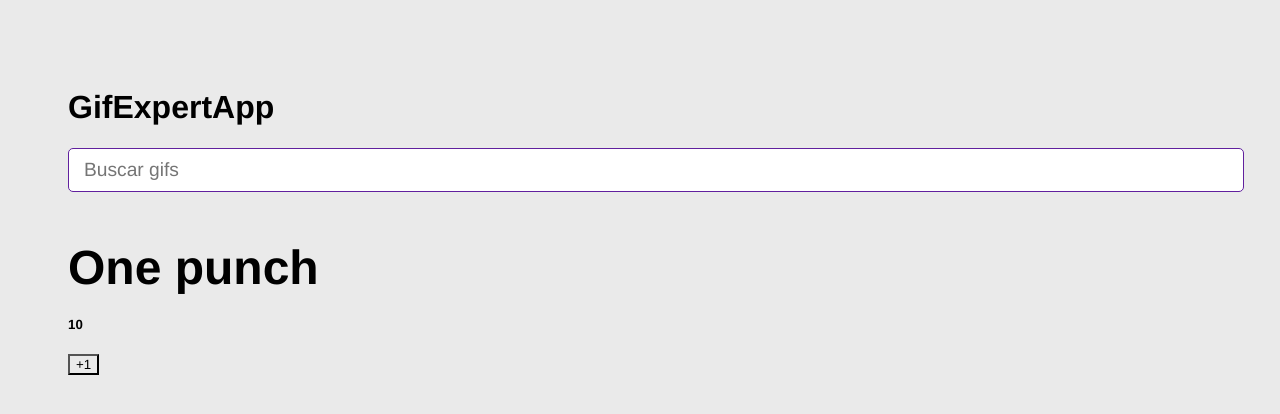
Repository: mmg0206/react-gif-expert
Page: /
An editor plug-in stored every save of this project. The page is shown before and after the next save, followed by the edit.
The browser window is 1280 px wide. The pictures show the whole page.
The page's requests for data from a server got no answer. The project was rebuilt for these pictures with package versions that can differ from the ones it lists, and the page was loaded fresh each time. No one was signed in, and anything a server would have sent is missing. Also part of the build but not shown: vite.config.js.

Above is the page before, as saved 2024-04-16 12:28:30.

### src/main.jsx
import React from 'react'
import ReactDOM from 'react-dom/client'
import { GifExpertApp } from './GifExpertApp.jsx'
import './styles.css';

if (import.meta.hot) {
  import.meta.hot.on(
    "vite:beforeUpdate",
    /* eslint-disable-next-line no-console */
    () => console.clear()
  );
}

ReactDOM.createRoot(document.getElementById('root')).render(
  <React.StrictMode>
    <GifExpertApp/>
  </React.StrictMode>
)

### src/GifExpertApp.jsx
import { useState } from "react";
import {AddCategory} from "./components/AddCategory";
import GifGrid from "./components/GifGrid";

export const GifExpertApp = () => {
  // const apiKey ='Ls33XwmjLip5m9fo9lFfzjgpz7a8Isa8';
  const [categories, setCategories] = useState(['One punch']);

  const onAddCategory = (newValue)=>{
    if(categories.includes(newValue)) return;
    setCategories(categories.concat(newValue));
  }


  return (
    <>
      <h1>GifExpertApp</h1>

      <AddCategory
        onNewCategory={ event => onAddCategory(event)}
      />

      {
        categories.map( category =>(<GifGrid key={category} category={category}/>))
      }

    </>
  )
}

### src/components/AddCategory.jsx
import { useState } from "react"

export const AddCategory = ({onNewCategory}) => {
    const [inputValue, setInputValue] = useState('');

    const onInputChange = ({target})=>{
        setInputValue(target.value)
    }

    const onSubmit = (event) =>{
        event.preventDefault();
        if(inputValue.trim().length <=1) return;
        onNewCategory(inputValue.trim());
        setInputValue('');
    }

    return (
        <form onSubmit={(e)=>onSubmit(e)}>
            <input
                type="text"
                placeholder="Buscar gifs"
                value={inputValue}
                onChange={(e)=>onInputChange(e)}
            />
        </form>
    )
}

### src/components/GifGrid.jsx
import { useEffect, useState } from "react";
import { getGifs } from "../helpers/getGifs"

const GifGrid = ({category}) => {

  const [counter, setCounter] = useState(10);

  useEffect(()=>{
    getGifs(category);
  },[]);


  return (
    <>
      <h3>{category}</h3>
      <h5>{counter}</h5>
      <button onClick={()=>setCounter(counter + 1)}>+1</button>
    </>
  )
}

export default GifGrid

### src/helpers/getGifs.js
export const getGifs = async (category) =>{

    const url=`http://api.giphy.com/v1/gifs/search?api_key=Ls33XwmjLip5m9fo9lFfzjgpz7a8Isa8&q=${category}&limit=20`;
    const resp = await fetch(url);
    const {data} = await resp.json();

    const gifs = data.map( img => ({
      id: img.id,
      title: img.title,
      url: img.images.downsized_medium.url
    }))
    return gifs;
}

Loaded but not shown: index.html (common file); src/styles.css (common file)

After the next save:
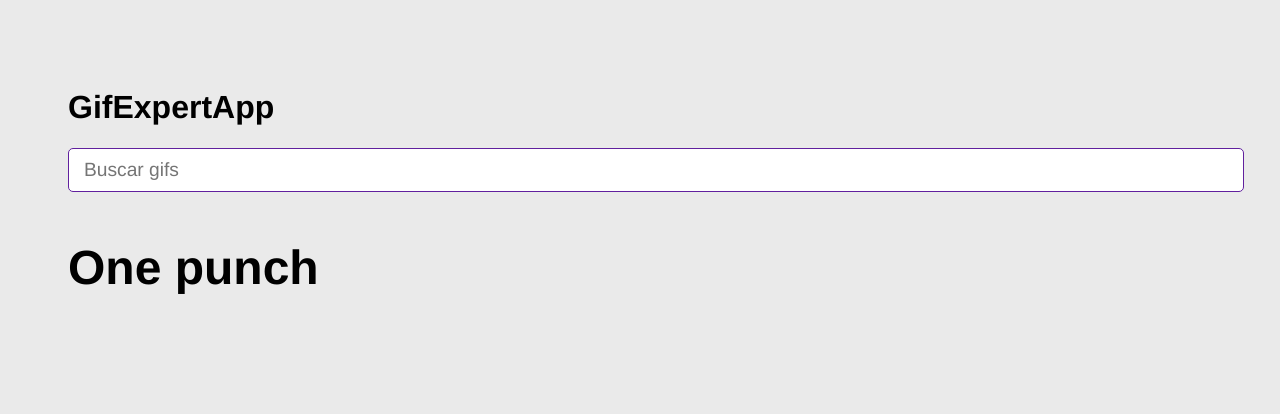
Saved 73 s later.
--- a/src/components/GifGrid.jsx
+++ b/src/components/GifGrid.jsx
@@ -1,9 +1,7 @@
-import { useEffect, useState } from "react";
+import { useEffect } from "react";
 import { getGifs } from "../helpers/getGifs"
 
 const GifGrid = ({category}) => {
-
-  const [counter, setCounter] = useState(10);
 
   useEffect(()=>{
     getGifs(category);
@@ -13,8 +11,7 @@ const GifGrid = ({category}) => {
   return (
     <>
       <h3>{category}</h3>
-      <h5>{counter}</h5>
-      <button onClick={()=>setCounter(counter + 1)}>+1</button>
+
     </>
   )
 }
